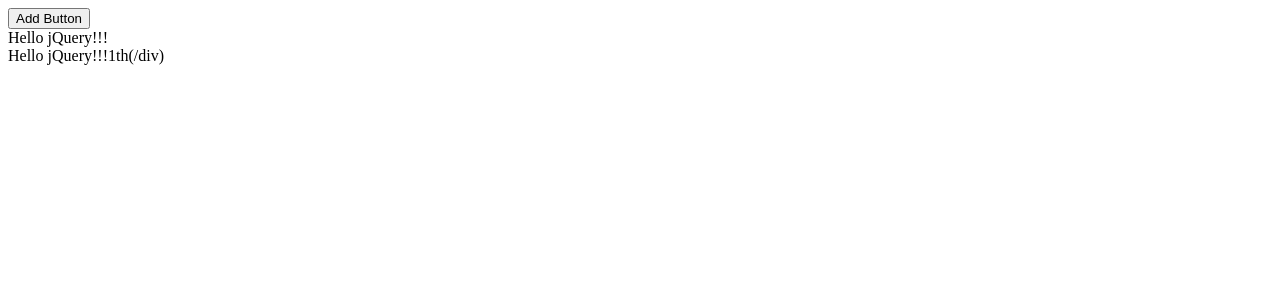
Repository: RyuJelly/211
Page: java_web/jQuery/WebContent/live/live.html
These files come from the project's save history. The page is drawn as it stood at one moment and after the next save; the edit follows.
The browser window is 1280 px wide. The pictures show the whole page.
After loading, the first visible `button` was clicked once.

Above is the page before, as saved 2021-03-16 05:06:39.

### java_web/jQuery/WebContent/live/live.html
<!DOCTYPE html PUBLIC "-//W3C//DTD HTML 4.01 Transitional//EN" "http://www.w3.org/TR/html4/loose.dtd">
<html>
<head>
<meta http-equiv="Content-Type" content="text/html; charset=EUC-KR">
<title>Insert title here</title>
<script type="text/javascript" src="jquery.js"></script>
<script type="text/javascript">
	$(function(){
		$('button').click(function(){
			$('body').append('<div>Hello jQuery!!!' + $('div').size() + 'th(/div)');
		});
	});
</script>
</head>
<body>
	<button>Add Button</button>
	<div>Hello jQuery!!!</div>
</body>
</html>

Loaded but not shown: java_web/jQuery/WebContent/live/jquery.js (library)

After the next save:
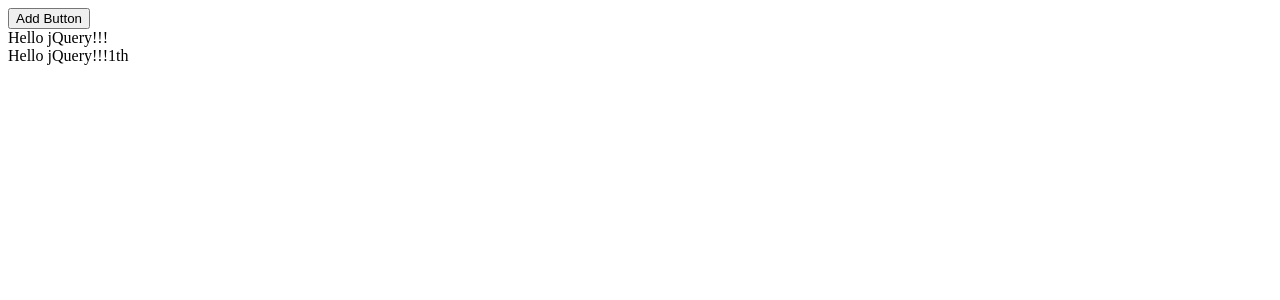
Saved 19 s later.
--- a/java_web/jQuery/WebContent/live/live.html
+++ b/java_web/jQuery/WebContent/live/live.html
@@ -7,7 +7,7 @@
 <script type="text/javascript">
 	$(function(){
 		$('button').click(function(){
-			$('body').append('<div>Hello jQuery!!!' + $('div').size() + 'th(/div)');
+			$('body').append('<div>Hello jQuery!!!' + $('div').size() + 'th</div>');
 		});
 	});
 </script>
